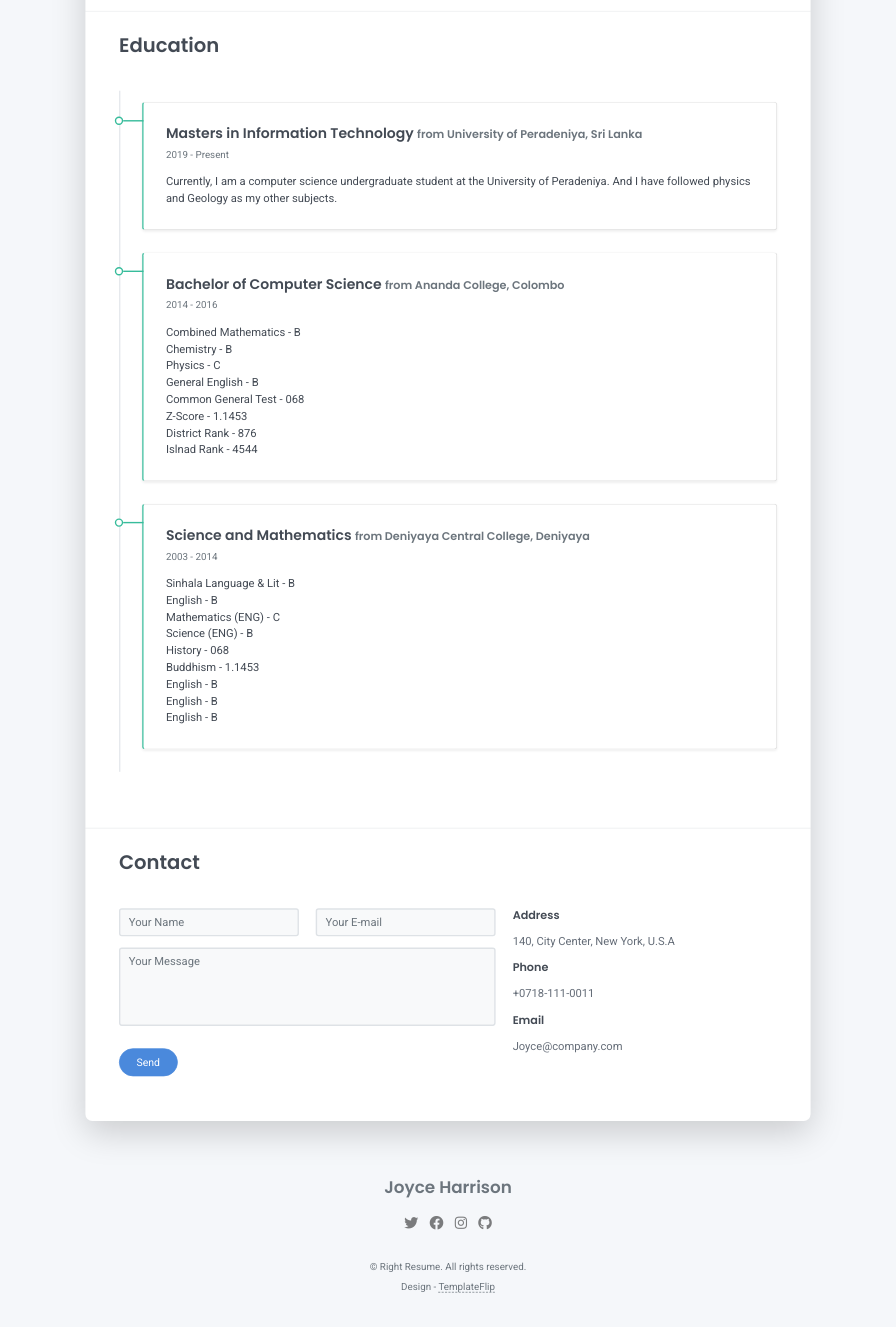
Repository: virangaj/resume
Page: index.html
An editor plug-in stored every save of this project. The page is shown before and after the next save, followed by the edit.
The browser window is 1280 px wide. The pictures show the part of the page from y = 1972 to 3892 px (the page is 3868 px tall before and 3892 px after), at 70% of full size.

Above is the page before, as saved 2021-08-31 19:48:09.

### index.html
<!DOCTYPE html>
<html lang="en-US">
	<head>
		<meta charset="UTF-8" />
		<meta http-equiv="X-UA-Compatible" content="IE=edge" />
		<meta name="viewport" content="width=device-width, initial-scale=1" />
		<title>Virang Jayawardana</title>
		<link
			rel="preconnect"
			href="https://fonts.gstatic.com"
			crossorigin="crossorigin"
		/>
		<link
			rel="preload"
			as="style"
			href="https://fonts.googleapis.com/css2?family=Poppins:wght@600&amp;family=Roboto:wght@300;400;500;700&amp;display=swap"
		/>
		<link
			rel="stylesheet"
			href="https://fonts.googleapis.com/css2?family=Poppins:wght@600&amp;family=Roboto:wght@300;400;500;700&amp;display=swap"
			media="print"
			onload="this.media='all'"
		/>
		<noscript>
			<link
				rel="stylesheet"
				href="https://fonts.googleapis.com/css2?family=Poppins:wght@600&amp;family=Roboto:wght@300;400;500;700&amp;display=swap"
			/>
		</noscript>
		<link href="css/font-awesome/css/all.min.css?ver=1.2.0" rel="stylesheet" />
		<link href="css/bootstrap.min.css?ver=1.2.0" rel="stylesheet" />
		<link href="css/aos.css?ver=1.2.0" rel="stylesheet" />
		<link href="css/main.css?ver=1.2.0" rel="stylesheet" />
		<noscript>
			<style type="text/css">
				[data-aos] {
					opacity: 1 !important;
					transform: translate(0) scale(1) !important;
				}
			</style>
		</noscript>
	</head>
	<body id="top">
		<header class="d-print-none">
			<div class="container text-center text-lg-left">
				<div class="py-3 clearfix">
					<h1 class="site-title mb-0">Virang Jayawardana</h1>
					<div class="site-nav">
						<nav role="navigation">
							<ul class="nav justify-content-center">
								<li class="nav-item">
									<a
										class="nav-link"
										href="https://twitter.com/VirangaPasi"
										title="Twitter"
										><i class="fab fa-twitter"></i
										><span class="menu-title sr-only">Twitter</span></a
									>
								</li>
								<li class="nav-item">
									<a
										class="nav-link"
										href="https://www.facebook.com/virangapasindu.jayawardana/"
										title="Facebook"
										><i class="fab fa-facebook"></i
										><span class="menu-title sr-only">Facebook</span></a
									>
								</li>
								<li class="nav-item">
									<a
										class="nav-link"
										href="https://www.instagram.com/pasiya_k9/"
										title="Instagram"
										><i class="fab fa-instagram"></i
										><span class="menu-title sr-only">Instagram</span></a
									>
								</li>
								<li class="nav-item">
									<a
										class="nav-link"
										href="https://github.com/Viranga-pasi"
										title="Github"
										><i class="fab fa-github"></i
										><span class="menu-title sr-only">Github</span></a
									>
								</li>
							</ul>
						</nav>
					</div>
				</div>
			</div>
		</header>
		<div class="page-content">
			<div class="container">
				<div class="cover shadow-lg bg-white">
					<div class="cover-bg p-3 p-lg-4 text-white">
						<div class="row">
							<div class="col-lg-4 col-md-5">
								<div class="avatar hover-effect bg-white shadow-sm p-1">
									<img src="images/avatar.jpg" width="200" height="200" />
								</div>
							</div>
							<div class="col-lg-8 col-md-7 text-center text-md-start">
								<h2 class="h1 mt-2" data-aos="fade-left" data-aos-delay="0">
									Joyce Harrison
								</h2>
								<p data-aos="fade-left" data-aos-delay="100">
									Undergraduate | Web Developer
								</p>
								<div
									class="d-print-none"
									data-aos="fade-left"
									data-aos-delay="200"
								>
									<a
										class="btn btn-light text-dark shadow-sm mt-1 me-1"
										href="right-resume.pdf"
										target="_blank"
										>Download CV</a
									><a class="btn btn-success shadow-sm mt-1" href="#contact"
										>Hire Me</a
									>
								</div>
							</div>
						</div>
					</div>
					<div class="about-section pt-4 px-3 px-lg-4 mt-1">
						<div class="row">
							<div class="col-md-6">
								<h2 class="h3 mb-3">About Me</h2>
								<p>
									Hello! I’m Viranga Jayawardana. I am passionate about new
									technologies and Web Design. I am a skilled Front-end
									Developer and amazing video editor.
								</p>
							</div>
							<div class="col-md-5 offset-md-1">
								<div class="row mt-2">
									<div class="col-sm-4">
										<div class="pb-1">Age</div>
									</div>
									<div class="col-sm-8">
										<div class="pb-1 text-secondary">24</div>
									</div>
									<div class="col-sm-4">
										<div class="pb-1">Email</div>
									</div>
									<div class="col-sm-8">
										<div class="pb-1 text-secondary">
											virangapasindu4@gmail.com
										</div>
									</div>
									<div class="col-sm-4">
										<div class="pb-1">Phone</div>
									</div>
									<div class="col-sm-8">
										<div class="pb-1 text-secondary">+94 71 530 9595</div>
									</div>
									<div class="col-sm-4">
										<div class="pb-1">Address</div>
									</div>
									<div class="col-sm-8">
										<div class="pb-1 text-secondary">
											Samanala, Galdola, Kotapola, Sri Lanka
										</div>
									</div>
								</div>
							</div>
						</div>
					</div>
					<hr class="d-print-none" />
					<div class="skills-section px-3 px-lg-4">
						<h2 class="h3 mb-3">Professional Skills</h2>
						<div class="row">
							<div class="col-md-6">
								<div class="mb-2">
									<span>HTML</span>
									<div class="progress my-1">
										<div
											class="progress-bar bg-primary"
											role="progressbar"
											data-aos="zoom-in-right"
											data-aos-delay="100"
											data-aos-anchor=".skills-section"
											style="width: 90%"
											aria-valuenow="90"
											aria-valuemin="0"
											aria-valuemax="100"
										></div>
									</div>
								</div>
								<div class="mb-2">
									<span>CSS</span>
									<div class="progress my-1">
										<div
											class="progress-bar bg-primary"
											role="progressbar"
											data-aos="zoom-in-right"
											data-aos-delay="200"
											data-aos-anchor=".skills-section"
											style="width: 85%"
											aria-valuenow="85"
											aria-valuemin="0"
											aria-valuemax="100"
										></div>
									</div>
								</div>
								<div class="mb-2">
									<span>JavaScript</span>
									<div class="progress my-1">
										<div
											class="progress-bar bg-primary"
											role="progressbar"
											data-aos="zoom-in-right"
											data-aos-delay="300"
											data-aos-anchor=".skills-section"
											style="width: 80%"
											aria-valuenow="80"
											aria-valuemin="0"
											aria-valuemax="100"
										></div>
									</div>
								</div>
								<div class="mb-2">
									<span>ReactJs</span>
									<div class="progress my-1">
										<div
											class="progress-bar bg-primary"
											role="progressbar"
											data-aos="zoom-in-right"
											data-aos-delay="300"
											data-aos-anchor=".skills-section"
											style="width: 75%"
											aria-valuenow="75"
											aria-valuemin="0"
											aria-valuemax="100"
										></div>
									</div>
								</div>
								<div class="mb-2">
									<span>Java</span>
									<div class="progress my-1">
										<div
											class="progress-bar bg-primary"
											role="progressbar"
											data-aos="zoom-in-right"
											data-aos-delay="300"
											data-aos-anchor=".skills-section"
											style="width: 70%"
											aria-valuenow="70"
											aria-valuemin="0"
											aria-valuemax="100"
										></div>
									</div>
								</div>
								<div class="mb-2">
									<span>C language</span>
									<div class="progress my-1">
										<div
											class="progress-bar bg-primary"
											role="progressbar"
											data-aos="zoom-in-right"
											data-aos-delay="300"
											data-aos-anchor=".skills-section"
											style="width: 70%"
											aria-valuenow="70"
											aria-valuemin="0"
											aria-valuemax="100"
										></div>
									</div>
								</div>
								<div class="mb-2">
									<span>Wordpress</span>
									<div class="progress my-1">
										<div
											class="progress-bar bg-primary"
											role="progressbar"
											data-aos="zoom-in-right"
											data-aos-delay="300"
											data-aos-anchor=".skills-section"
											style="width: 85%"
											aria-valuenow="85"
											aria-valuemin="0"
											aria-valuemax="100"
										></div>
									</div>
								</div>
							</div>
							<div class="col-md-6">
								<div class="mb-2">
									<span>Adobe Photoshop</span>
									<div class="progress my-1">
										<div
											class="progress-bar bg-success"
											role="progressbar"
											data-aos="zoom-in-right"
											data-aos-delay="400"
											data-aos-anchor=".skills-section"
											style="width: 80%"
											aria-valuenow="90"
											aria-valuemin="0"
											aria-valuemax="100"
										></div>
									</div>
								</div>
								<div class="mb-2">
									<span>Abode Premiere Pro</span>
									<div class="progress my-1">
										<div
											class="progress-bar bg-success"
											role="progressbar"
											data-aos="zoom-in-right"
											data-aos-delay="500"
											data-aos-anchor=".skills-section"
											style="width: 85%"
											aria-valuenow="85"
											aria-valuemin="0"
											aria-valuemax="100"
										></div>
									</div>
								</div>
								<div class="mb-2">
									<span>Adobe After Effect</span>
									<div class="progress my-1">
										<div
											class="progress-bar bg-success"
											role="progressbar"
											data-aos="zoom-in-right"
											data-aos-delay="600"
											data-aos-anchor=".skills-section"
											style="width: 75%"
											aria-valuenow="75"
											aria-valuemin="0"
											aria-valuemax="100"
										></div>
									</div>
								</div>
								<div class="mb-2">
									<span>Adobe XD</span>
									<div class="progress my-1">
										<div
											class="progress-bar bg-success"
											role="progressbar"
											data-aos="zoom-in-right"
											data-aos-delay="600"
											data-aos-anchor=".skills-section"
											style="width: 75%"
											aria-valuenow="75"
											aria-valuemin="0"
											aria-valuemax="100"
										></div>
									</div>
								</div>
								<div class="mb-2">
									<span>Microsoft Office</span>
									<div class="progress my-1">
										<div
											class="progress-bar bg-success"
											role="progressbar"
											data-aos="zoom-in-right"
											data-aos-delay="600"
											data-aos-anchor=".skills-section"
											style="width: 85%"
											aria-valuenow="85"
											aria-valuemin="0"
											aria-valuemax="100"
										></div>
									</div>
								</div>
							</div>
						</div>
					</div>
					<hr class="d-print-none" />
					<div class="work-experience-section px-3 px-lg-4">
						<h2 class="h3 mb-4">Work Experience</h2>
						<div class="timeline">
							<div class="timeline-card timeline-card-primary card shadow-sm">
								<div class="card-body">
									<div class="h5 mb-1">
										Web Master
										<span class="text-muted h6">at Computer Society</span>
									</div>
									<div class="text-muted text-small mb-2">
										Dec, 2020 - Present
									</div>
									<div>
										I worked as a webmaster in the computer society at the
										university of Peradeniya and mentored few web projects.
									</div>
								</div>
							</div>
							<div class="timeline-card timeline-card-primary card shadow-sm">
								<div class="card-body">
									<div class="h5 mb-1">
										Founder
										<span class="text-muted h6">at ImageZero</span>
									</div>
									<div class="text-muted text-small mb-2">
										Feb, 2019 - Present
									</div>
									<div>
										I’m the owner and founder of ImgageZero, which I used to
										output my talents since few years back. Quite good and
										amazing video editor in the range of different areas. And
										have 2-3 years of experience of working with massive to
										local industries.
									</div>
								</div>
							</div>
							<div class="timeline-card timeline-card-primary card shadow-sm">
								<div class="card-body">
									<div class="h5 mb-1">
										Customer Care Executive
										<span class="text-muted h6">at Mobitel Pvt Ltd</span>
									</div>
									<div class="text-muted text-small mb-2">
										Feb, 2018 - Oct, 2017
									</div>
									<div>
										I worked as a customer care agent at one of the leading
										network service provider in Sri Lanka.
									</div>
								</div>
							</div>
						</div>
					</div>
					<hr class="d-print-none" />
					<div class="page-break"></div>
					<div class="education-section px-3 px-lg-4 pb-4">
						<h2 class="h3 mb-4">Education</h2>
						<div class="timeline">
							<div class="timeline-card timeline-card-success card shadow-sm">
								<div class="card-body">
									<div class="h5 mb-1">
										Masters in Information Technology
										<span class="text-muted h6"
											>from University of Peradeniya, Sri Lanka</span
										>
									</div>
									<div class="text-muted text-small mb-2">2019 - Present</div>
									<div>
										Currently, I am a computer science undergraduate student at
										the University of Peradeniya. And I have followed physics
										and Geology as my other subjects.
									</div>
								</div>
							</div>
							<div class="timeline-card timeline-card-success card shadow-sm">
								<div class="card-body">
									<div class="h5 mb-1">
										Bachelor of Computer Science
										<span class="text-muted h6"
											>from Ananda College, Colombo</span
										>
									</div>
									<div class="text-muted text-small mb-2">2014 - 2016</div>
									<div>Combined Mathematics - B</div>
									<div>Chemistry - B</div>
									<div>Physics - C</div>
									<div>General English - B</div>
									<div>Common General Test - 068</div>
									<div>Z-Score - 1.1453</div>
									<div>District Rank - 876</div>
									<div>Islnad Rank - 4544</div>
								</div>
							</div>
							<div class="timeline-card timeline-card-success card shadow-sm">
								<div class="card-body">
									<div class="h5 mb-1">
										Science and Mathematics
										<span class="text-muted h6"
											>from Deniyaya Central College, Deniyaya</span
										>
									</div>
									<div class="text-muted text-small mb-2">2003 - 2014</div>
									<div>Sinhala Language & Lit - B</div>
									<div>English - B</div>
									<div>Mathematics (ENG) - C</div>
									<div>Science (ENG) - B</div>
									<div>History - 068</div>
									<div>Buddhism - 1.1453</div>
									<div>English - B</div>

									<div>English - B</div>

									<div>English - B</div>
								</div>
							</div>
						</div>
					</div>
					<hr class="d-print-none" />
					<div class="contant-section px-3 px-lg-4 pb-4" id="contact">
						<h2 class="h3 text mb-3">Contact</h2>
						<div class="row">
							<div class="col-md-7 d-print-none">
								<div class="my-2">
									<form
										action="https://formspree.io/your@email.com"
										method="POST"
									>
										<div class="row">
											<div class="col-6">
												<input
													class="form-control"
													type="text"
													id="name"
													name="name"
													placeholder="Your Name"
													required
												/>
											</div>
											<div class="col-6">
												<input
													class="form-control"
													type="email"
													id="email"
													name="_replyto"
													placeholder="Your E-mail"
													required
												/>
											</div>
										</div>
										<div class="form-group my-2">
											<textarea
												class="form-control"
												style="resize: none"
												id="message"
												name="message"
												rows="4"
												placeholder="Your Message"
												required
											></textarea>
										</div>
										<button class="btn btn-primary mt-2" type="submit">
											Send
										</button>
									</form>
								</div>
							</div>
							<div class="col">
								<div class="mt-2">
									<h3 class="h6">Address</h3>
									<div class="pb-2 text-secondary">
										140, City Center, New York, U.S.A
									</div>
									<h3 class="h6">Phone</h3>
									<div class="pb-2 text-secondary">+0718-111-0011</div>
									<h3 class="h6">Email</h3>
									<div class="pb-2 text-secondary">Joyce@company.com</div>
								</div>
							</div>
							<div class="col d-none d-print-block">
								<div class="mt-2">
									<div>
										<div class="mb-2">
											<div class="text-dark">
												<i class="fab fa-twitter mr-1"></i
												><span>https://twitter.com/templateflip</span>
											</div>
										</div>
										<div class="mb-2">
											<div class="text-dark">
												<i class="fab fa-facebook mr-1"></i
												><span>https://www.facebook.com/templateflip</span>
											</div>
										</div>
										<div class="mb-2">
											<div class="text-dark">
												<i class="fab fa-instagram mr-1"></i
												><span>https://www.instagram.com/templateflip</span>
											</div>
										</div>
										<div class="mb-2">
											<div class="text-dark">
												<i class="fab fa-github mr-1"></i
												><span>https://github.com/templateflip</span>
											</div>
										</div>
									</div>
								</div>
							</div>
						</div>
					</div>
				</div>
			</div>
		</div>
		<footer class="pt-4 pb-4 text-muted text-center d-print-none">
			<div class="container">
				<div class="my-3">
					<div class="h4">Joyce Harrison</div>
					<div class="footer-nav">
						<nav role="navigation">
							<ul class="nav justify-content-center">
								<li class="nav-item">
									<a
										class="nav-link"
										href="https://twitter.com/templateflip"
										title="Twitter"
										><i class="fab fa-twitter"></i
										><span class="menu-title sr-only">Twitter</span></a
									>
								</li>
								<li class="nav-item">
									<a
										class="nav-link"
										href="https://www.facebook.com/templateflip"
										title="Facebook"
										><i class="fab fa-facebook"></i
										><span class="menu-title sr-only">Facebook</span></a
									>
								</li>
								<li class="nav-item">
									<a
										class="nav-link"
										href="https://www.instagram.com/templateflip"
										title="Instagram"
										><i class="fab fa-instagram"></i
										><span class="menu-title sr-only">Instagram</span></a
									>
								</li>
								<li class="nav-item">
									<a
										class="nav-link"
										href="https://github.com/templateflip"
										title="Github"
										><i class="fab fa-github"></i
										><span class="menu-title sr-only">Github</span></a
									>
								</li>
							</ul>
						</nav>
					</div>
				</div>
				<div class="text-small">
					<div class="mb-1">&copy; Right Resume. All rights reserved.</div>
					<div>
						Design -
						<a href="https://templateflip.com/" target="_blank">TemplateFlip</a>
					</div>
				</div>
			</div>
		</footer>
		<script src="scripts/bootstrap.bundle.min.js?ver=1.2.0"></script>
		<script src="scripts/aos.js?ver=1.2.0"></script>
		<script src="scripts/main.js?ver=1.2.0"></script>
	</body>
</html>

### css/main.css
/* Buttons */
/* Inputs */
/* Timeline custom component */
.timeline {
	border-left: 2px solid #e6e9ed;
	padding: 1rem 0;
}

.timeline-card {
	position: relative;
	margin-left: 31px;
	border-left: 2px solid;
	margin-bottom: 2rem;
}

.timeline-card:last-child {
	margin-bottom: 1rem;
}

.timeline-card:before {
	content: '';
	display: inline-block;
	position: absolute;
	background-color: #fff;
	border-radius: 10px;
	width: 12px;
	height: 12px;
	top: 20px;
	left: -41px;
	border: 2px solid;
	z-index: 2;
}

.timeline-card:after {
	content: '';
	display: inline-block;
	position: absolute;
	background-color: currentColor;
	width: 29px;
	height: 2px;
	top: 25px;
	left: -29px;
	z-index: 1;
}

.timeline-card-primary {
	border-left-color: #4a89dc;
}

.timeline-card-primary:before {
	border-color: #4a89dc;
}

.timeline-card-primary:after {
	background-color: #4a89dc;
}

.timeline-card-success {
	border-left-color: #37bc9b;
}

.timeline-card-success:before {
	border-color: #37bc9b;
}

.timeline-card-success:after {
	background-color: #37bc9b;
}

html {
	scroll-behavior: smooth;
}

.site-title {
	font-size: 1.25rem;
	line-height: 2.5rem;
}

.nav-link {
	padding: 0;
	font-size: 1.25rem;
	line-height: 2.5rem;
	color: rgba(0, 0, 0, 0.5);
}

.nav-link:hover,
.nav-link:focus,
.active .nav-link {
	color: rgba(0, 0, 0, 0.8);
}

.nav-item + .nav-item {
	margin-left: 1rem;
}

.cover {
	border-radius: 10px;
}

.cover-bg {
	background-color: #4a89dc;
	background-image: url("data:[embedded picture, 1696 characters]");
	border-radius: 10px 10px 0 0;
}

.avatar {
	max-width: 216px;
	max-height: 216px;
	margin-top: 20px;
	text-align: center;
	margin-left: auto;
	margin-right: auto;
}

.avatar img {
	/* Safari 6.0 - 9.0 */
	/* filter: grayscale(100%); */
}

footer a:not(.nav-link) {
	color: inherit;
	border-bottom: 1px dashed;
	text-decoration: none;
	cursor: pointer;
}

@media (min-width: 48em) {
	.site-title {
		float: left;
	}
	.site-nav {
		float: right;
	}
	.avatar {
		margin-bottom: -80px;
		margin-left: 0;
	}
}

@media print {
	body {
		background-color: #fff;
	}
	.container {
		width: auto;
		max-width: 100%;
		padding: 0;
	}
	.cover,
	.cover-bg {
		border-radius: 0;
	}
	.cover.shadow-lg {
		box-shadow: none !important;
	}
	.cover-bg {
		padding: 5rem !important;
		padding-bottom: 10px !important;
	}
	.avatar {
		margin-top: -10px;
	}
	.about-section {
		padding: 6.5rem 5rem 2rem !important;
	}
	.skills-section,
	.work-experience-section,
	.education-section,
	.contant-section {
		padding: 1.5rem 5rem 2rem !important;
	}
	.page-break {
		padding-top: 5rem;
		page-break-before: always;
	}
}

Loaded but not shown: css/font-awesome/css/all.min.css (library); css/bootstrap.min.css (library); css/aos.css (library); scripts/bootstrap.bundle.min.js (library); scripts/aos.js (library); scripts/main.js (common file)

After the next save:
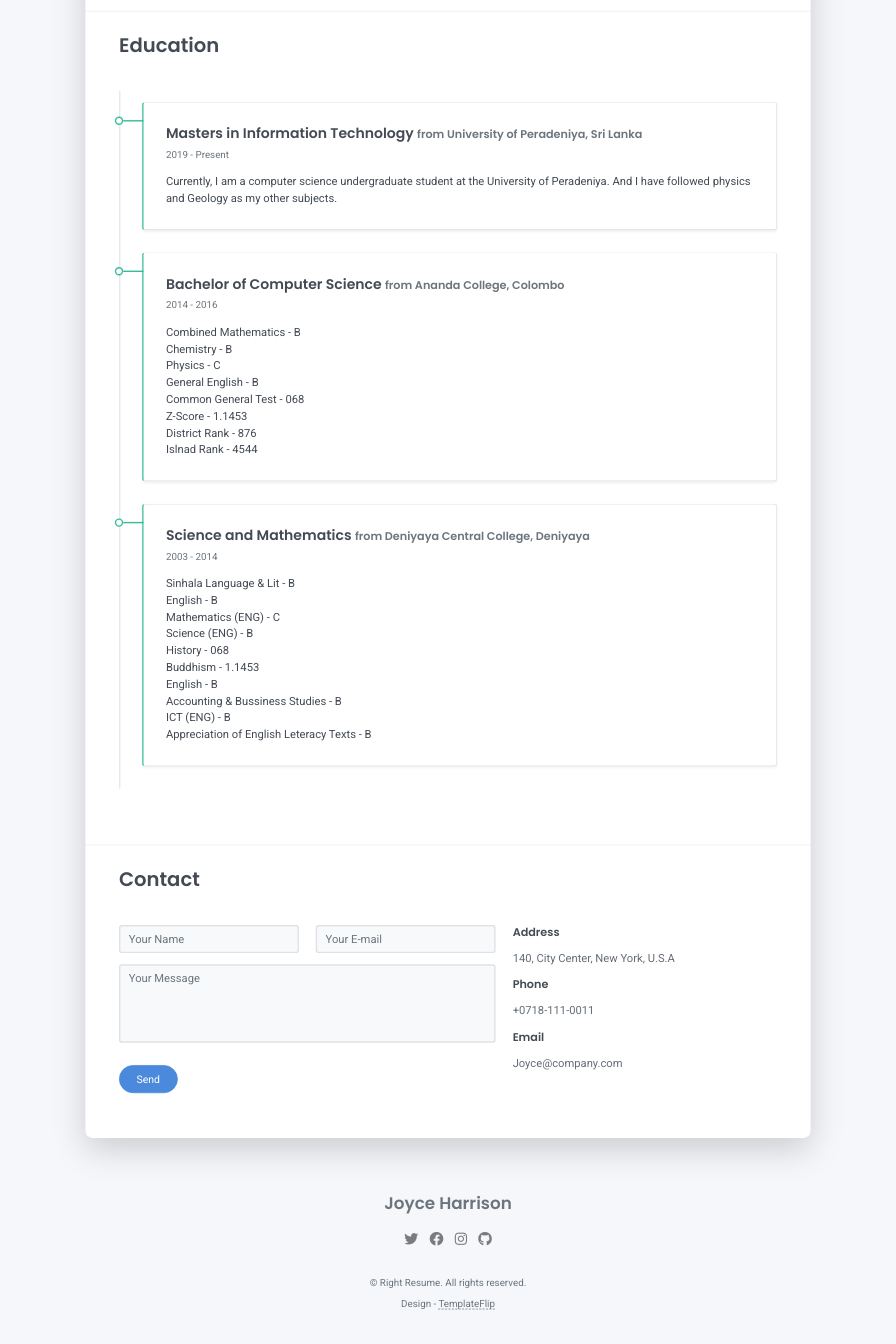
Saved 52 s later.
--- a/index.html
+++ b/index.html
@@ -480,10 +480,10 @@
 									<div>History - 068</div>
 									<div>Buddhism - 1.1453</div>
 									<div>English - B</div>
+									<div>Accounting & Bussiness Studies - B</div>
+									<div>ICT (ENG) - B</div>
+									<div>Appreciation of English Leteracy Texts - B</div>
 
-									<div>English - B</div>
-
-									<div>English - B</div>
 								</div>
 							</div>
 						</div>
